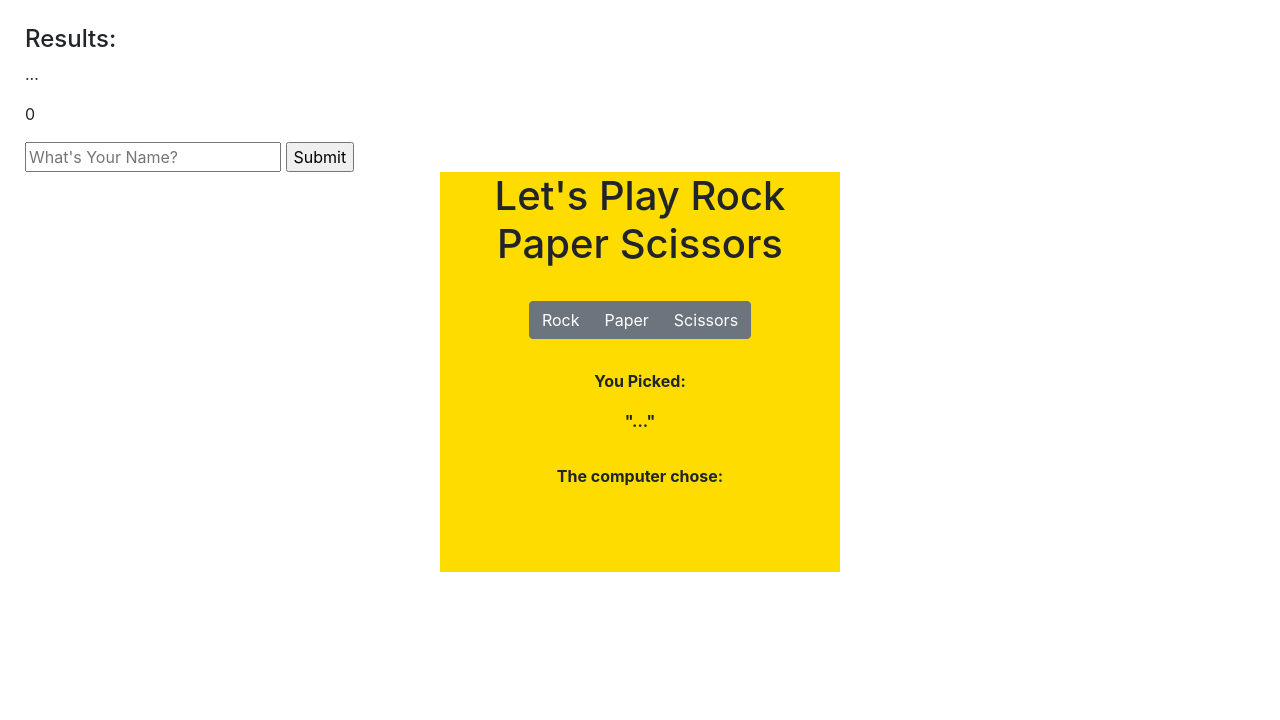
Repository: mskurnickcode/coupleDo
Page: http://localhost/
The author's editor kept a record of every edit. The page is drawn from the files as they stood at one moment, then again after the next edit.
The browser window is 1280 px wide. The pictures show the whole page.
The page is served by the project's application, run on Flask 3 (Rock/application.py).

Above is the page before.

### ubuntu/Rock/templates/index.html
<!DOCTYPE HTML>

<html lang="en">
    <head>
        <title>Rock Paper Scissors</title>
        <link href="static/css_image/styles.css" rel="stylesheet">
        <link href="https://stackpath.bootstrapcdn.com/bootstrap/4.5.0/css/bootstrap.min.css" rel="stylesheet">
    </head>
    <body>
        <div class="resultBox">
            <h4>Results:</h4>
            <p id ="win">...</p>
            <form action= "/" method = "post">
                <p name = "score" id ="winCount">0</p>
                <input id="name" name="name" type = "text" placeholder="What's Your Name?">
                <input id="submit" type = "submit">
            </form>
        </div>
        <div class= "center">
            <div class="title">
                <h1>Let's Play Rock Paper Scissors</h1>
            </div>
            <div id= "btn-grp" class="btn-group" role="group" aria-label="Basic example">
                <button id="rock" type="button" class="btn btn-secondary">Rock</button>
                <button id="paper" type="button" class="btn btn-secondary">Paper</button>
                <button id="scissors" type="button" class="btn btn-secondary">Scissors</button>
            </div>
            <div class="answer">
                <p>You Picked:</p><p id= "answer"> "..." </p>
                <p class = "compAnswer"> The computer chose: </p>
                <p id= "compAnswer"></p>
            </div>
        </div>
        <script src="static/css_image/rps.js"></script>
    </body>

### ubuntu/Rock/application.py
from flask import Flask, redirect, render_template, request
from cs50 import SQL

app = Flask(__name__)

leaders = []

@app.route("/", methods = ["GET", "POST"])
def add():
    if request.method == "GET":
        return render_template("/index.html")
    else:
        leader = request.form.get("name")
        leaders.append(leader)
        return redirect("/leaderboard")

@app.route("/leaderboard")
def leaderboard ():
    return render_template("leaderboard.html", leaders = leaders)

### ubuntu/Rock/static/css_image/styles.css
* {
  box-sizing: border-box;
}

body {
padding: 25px;
}

.center {
  background-color: #FFDC00;
  width: 400px;
  height: 400px;
  margin: 0 auto;
  text-align: center;
}

.btn-group {
  padding-top: 25px;
  display: block;
  margin-left: auto;
  margin-right: auto;
}

.answer {
  padding-top: 30px;
  font-weight: bold;
}

.compAnswer {
  padding-top: 15px;
}

.media {
  height: 75px;
  width: 75px;
}

resultBox {
  background-color: #696969;
  width: 400px;
  height: 400px;
  margin: 0;
  text-align: left;
}

### ubuntu/Rock/static/css_image/rps.js
var comp = document.createElement("BUTTON");
var node = document.createTextNode("This is a new paragraph.");
var element = document.getElementById("compAnswer");
let answers = ["Rock", "Paper", "Scissors"];

var total_wins = 0;

function random() { return Math.floor(Math.random() * 3-1) + 1;}

let answer = document.querySelector('#answer')
        document.querySelector('#rock').onclick = function() {
            answer.innerHTML = "Rock";
            comp.appendChild(node);
            let int = random ()
            comp.innerHTML= answers[int]
            element.appendChild(comp);

            let a = answer.innerHTML;
            let b = comp.innerHTML;
            let result = winner(a,b);

            update_results(result, total_wins)

        }
        document.querySelector('#paper').onclick = function() {
            answer.innerHTML = "Paper"
            comp.appendChild(node);
            let int = random ()
            comp.innerHTML= answers[int]
            element.appendChild(comp);

            let a = answer.innerHTML;
            let b = comp.innerHTML;
            let result = winner(a,b);

            update_results(result, total_wins)
        }
        document.querySelector('#scissors').onclick = function() {
            answer.innerHTML="Scissors"
            comp.appendChild(node);
            let int = random ()
            comp.innerHTML= answers[int]
            element.appendChild(comp);

            let a = answer.innerHTML;
            let b = comp.innerHTML;
            let result = winner(a,b);

            update_results(result, total_wins)
        }


function winner (a,b) {
    var awins = 0;
    var alosses = 0;
    var ties = 0;

    if(a == b) ties++;
    else {
             if(a=="Rock" && b=="Scissors") awins++;
        else if(a=="Rock" && b=="Paper") alosses++;
        else if(a=="Paper" && b=="Scissors") alosses++;
        else if(a=="Paper" && b=="Rock") awins++;
        else if(a=="Scissors" && b=="Paper") awins++;
        else if(a=="Scissors" && b=="Rock") alosses++;
    }

    if (awins > 0) {
        total_wins++;
        return "You Win"
    }

    if (alosses > 0) {
        return "You Lose"
    }

    if (ties > 0) {
        return "It's a tie"
    }
}


function update_results (result, total_wins) {

    var element = document.getElementById("win");
    element.innerHTML= result

    if (result == "You Win") {
        var winCount = document.getElementById("winCount")
        winCount.innerHTML = total_wins
    }
}

After the next edit:
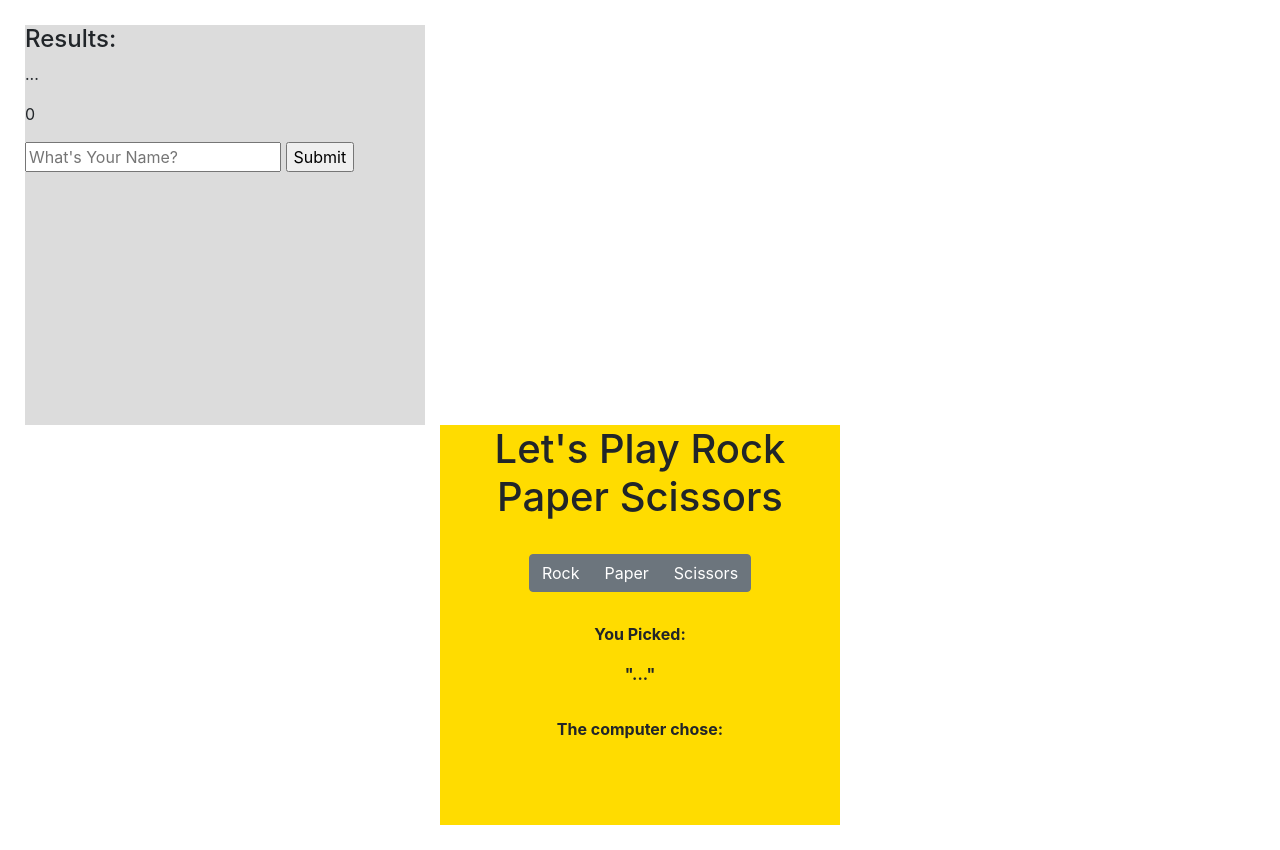
The edit:
--- a/ubuntu/Rock/static/css_image/styles.css
+++ b/ubuntu/Rock/static/css_image/styles.css
@@ -35,8 +35,8 @@
   width: 75px;
 }
 
-resultBox {
-  background-color: #696969;
+.resultBox {
+  background-color:	#DCDCDC;
   width: 400px;
   height: 400px;
   margin: 0;
